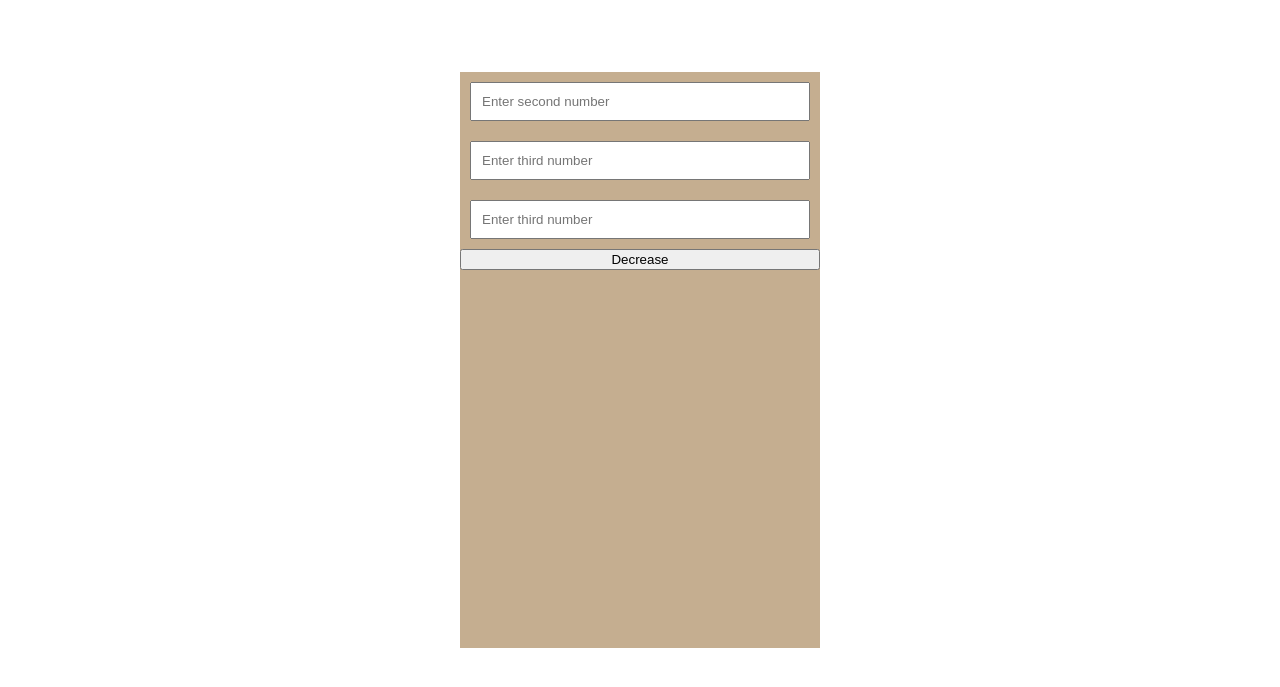
Repository: purnimapatel/SI-calculator
Page: /
These files come from the project's save history. The page is drawn as it stood at one moment and after the next save; the edit follows.
The browser window is 1280 px wide. The pictures show the whole page.
The project was rebuilt for these pictures with package versions that can differ from the ones it lists, and the page was loaded fresh each time.

Above is the page before, as saved 2024-08-26 11:26:02.

After the next save:
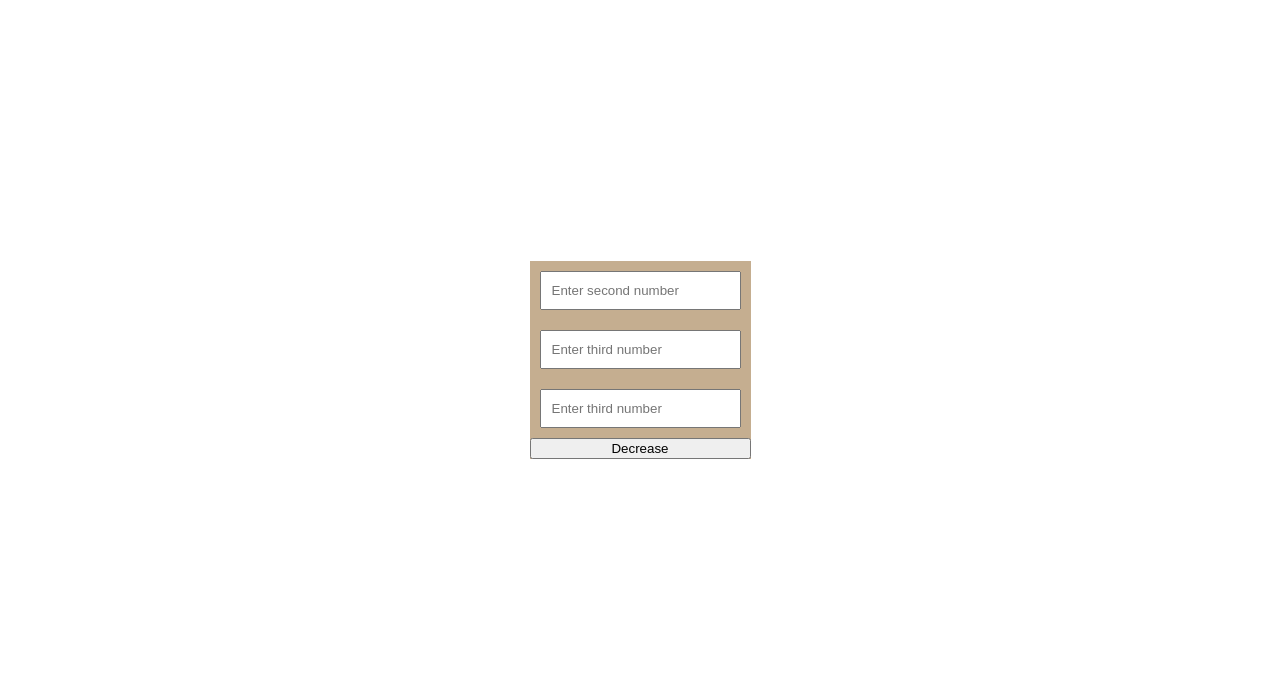
Saved 45 s later.
--- a/src/App.css
+++ b/src/App.css
@@ -15,8 +15,8 @@
   display:flex;
 
   flex-direction: column;
-  height: 80vh;
-  width:50vh;
+  height: auto;
+  width:auto;
 
 }
 input[type=number]::-webkit-outer-spin-button,
